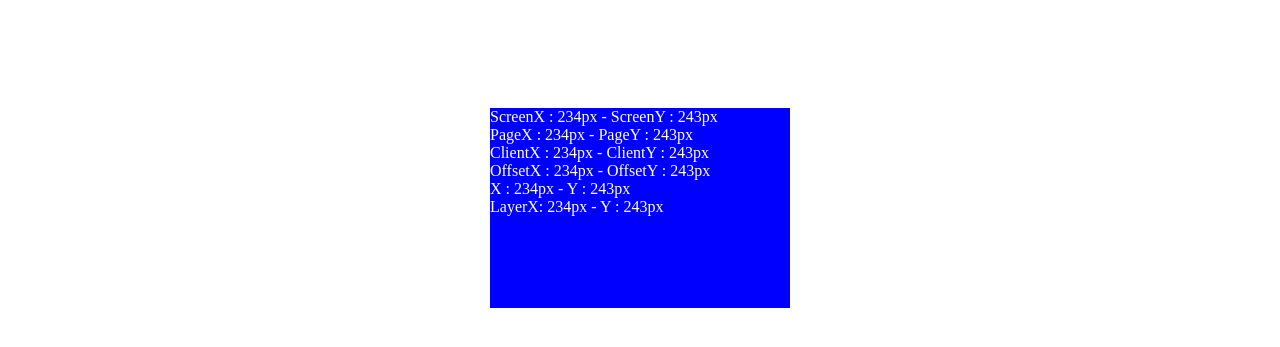
Repository: khanhbinh87/learnJs
Page: customSelect/Mouse/index.html
The author's editor kept a copy of each file at every save. The page is drawn from the files as they stood at one save, then again after the next save.
The browser window is 1280 px wide. The pictures show the whole page.

Above is the page before, as saved 2021-06-18 00:06:05.

### customSelect/Mouse/index.html
<!DOCTYPE html>
<html lang="en">
<head>
    <meta charset="UTF-8">
    <meta name="viewport" content="width=device-width, initial-scale=1.0">
    <title>Document</title>
    <style>
        .container{
            width: 1170px;
            margin: 0 auto;
            padding: 100px 0;
        }
        .box{
            width: 300px;
            height: 200px;
            color: #fff;
            background-color: blue;
            margin: 0 auto;
        }
    </style>
</head>
<body>
    <div class="container">
        <div class="box">
            <div id="screen"> ScreenX : 234px - ScreenY : 243px</div>
            <div id="page"> PageX : 234px - PageY : 243px</div>
            <div id="client"> ClientX : 234px - ClientY : 243px</div>
            <div id="offset"> OffsetX : 234px - OffsetY : 243px</div>
            <div id="xy"> X : 234px - Y : 243px</div>
            <div id="layout"> LayerX: 234px - Y : 243px</div>


        </div>
    </div>
</body>
<script src="main.js"></script>
</html>

### customSelect/Mouse/main.js
var boxEl = document.querySelector('.box')

boxEl.addEventListener('mouseover',function(e){
    // console.log('mouseover',e);

})
boxEl.addEventListener('mousemove',function(e){


    boxEl.querySelector('#screen').innerHTML = `ScreenX : ${e.screenX} - ScreenY : ${e.screenY}`;
    boxEl.querySelector('#page').innerHTML = `PageX : ${e.pageX} - PageY : ${e.pageY}`;
    boxEl.querySelector('#client').innerHTML = `ClientX : ${e.clientX} - ClientY : ${e.clientY}`;
    boxEl.querySelector('#offset').innerHTML = `OffsetX : ${e.offsetX} - OffsetY : ${e.offsetY}`;
    boxEl.querySelector('#xy').innerHTML = `X : ${e.x} - Y : ${e.y}`;


})
boxEl.addEventListener('mouseleave',function(e){
    // console.log('mouseleave',e);

})
boxEl.addEventListener('mouseout',function(e){
    // console.log('mouseout',e);

})

After the next save:
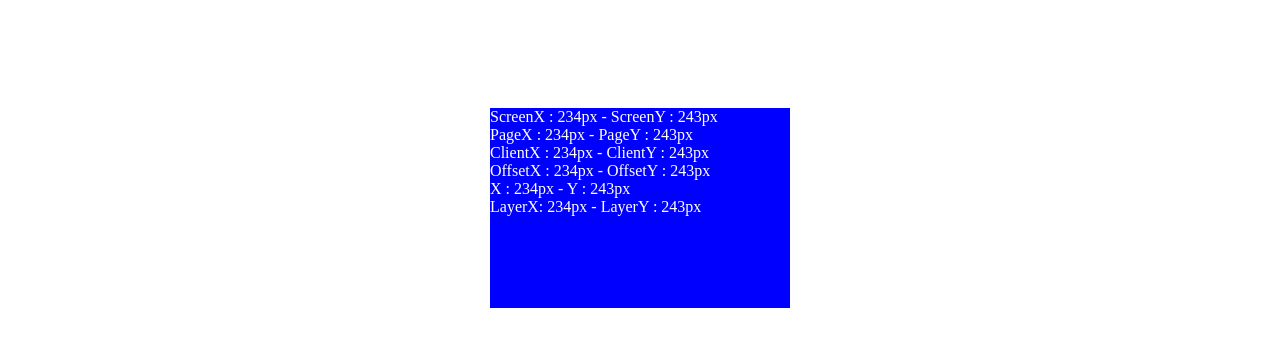
Saved 4 s later.
--- a/customSelect/Mouse/index.html
+++ b/customSelect/Mouse/index.html
@@ -27,7 +27,7 @@
             <div id="client"> ClientX : 234px - ClientY : 243px</div>
             <div id="offset"> OffsetX : 234px - OffsetY : 243px</div>
             <div id="xy"> X : 234px - Y : 243px</div>
-            <div id="layout"> LayerX: 234px - Y : 243px</div>
+            <div id="layout"> LayerX: 234px - LayerY : 243px</div>
 
 
         </div>
